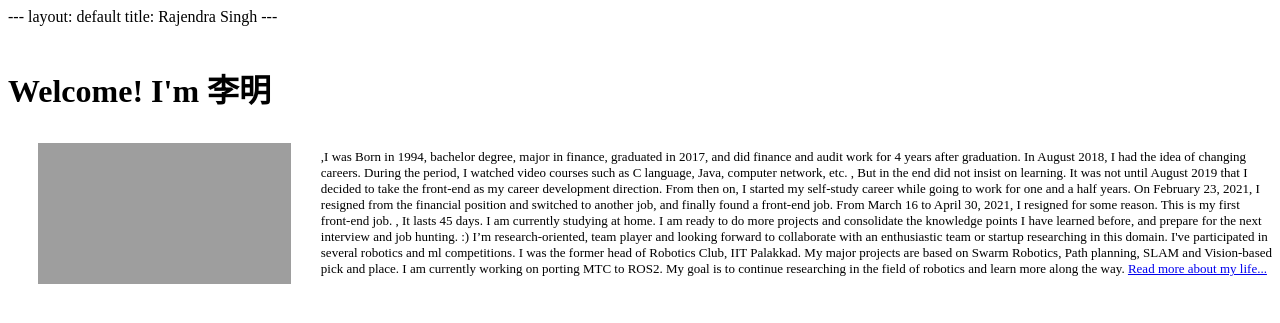
Repository: lm101845/lm101845.github.io
Page: index.html
An editor plug-in stored every save of this project. The page is shown before and after the next save, followed by the edit.
The browser window is 1280 px wide. The pictures show the whole page.
Pictures or frames that could not be fetched are drawn as grey boxes.

Above is the page before, as saved 2021-08-07 16:22:13.

### index.html
<!--
 * @Author: liming
 * @Date: 2021-08-07 15:46:06
 * @LastEditTime: 2021-08-07 16:22:13
 * @FilePath: \lm101845.github.io\index.html
-->
---
layout: default
title: Rajendra Singh
---
<div class="blurb">
	<br/>
	<h1> Welcome!  I'm 李明</h1>
<!-- 	height="230" width="185" -->
	<font size="2.5"><p><img src="images/Profile_round_faceapp.png" style='height: 20%; width: 20%' align="left" border="0" HSPACE="30" VSPACE="10" />
		<br/>,I was Born in 1994, bachelor degree, major in finance, graduated in 2017, and did finance and audit work for 4 years after graduation.

In August 2018, I had the idea of changing careers. During the period, I watched video courses such as C language, Java, computer network, etc. , But in the end did not insist on learning.

It was not until August 2019 that I decided to take the front-end as my career development direction. From then on, I started my self-study career while going to work for one and a half years.

On February 23, 2021, I resigned from the financial position and switched to another job, and finally found a front-end job. From March 16 to April 30, 2021, I resigned for some reason. This is my first front-end job. , It lasts 45 days.

I am currently studying at home. I am ready to do more projects and consolidate the knowledge points I have learned before, and prepare for the next interview and job hunting. :)
<!-- 		I'm passionate about vision-based robotics. -->
		I’m research-oriented, team player and looking forward to collaborate with an enthusiastic team or startup researching in this domain.
		I've participated in several robotics and ml competitions. I was the former head of Robotics Club, IIT Palakkad.
		My major projects are based on Swarm Robotics, Path planning, SLAM and Vision-based pick and place.
		I am currently working on porting MTC to ROS2. My goal is to continue researching in the field of robotics and learn more along the way.
		<a href="/about">Read more about my life...</a></p>
	</font>
	<br/><br/><br/><br/><br/><br/><br/><br/><br/><br/><br/><br/>

<!-- 	<br/><br/> -->
<!-- 	<p><img src="images/rajendraFullPic2.jpg" height="30%" width="30%" align="left" border="1" HSPACE="30" VSPACE="10" /><br/>I'm an undergraduate student at <em>CSE, IIT Palakkad.</em> I'm passionate about vision-based robotics. I've participated in several robotics and ML related competitions. I was the former head of Robotics Club, IIT Palakkad. My major projects are based on the swarm, slam and vision-based pick and place. I am currently working on mobile manipulators based on ROS. My goal is to lead a robotics research lab and learn more about the field along the way. <a href="/about">Read more about my life...</a></p> -->
<!-- 	<br/><br/><br/><br/><br/><br/><br/><br/><br/><br/><br/><br/><br/><br/> -->


<!-- 	<h2 align="right">What others say about me on LinkedIn</h2>
	<img src="images/recommendation.png" style='height: 70%; width: 70%' align="right" border="0" HSPACE="0" VSPACE="10" />
	<br/><br/><br/><br/><br/><br/><br/><br/><br/><br/><br/><br/><br/><br/><br/><br/><br/><br/><br/><br/><br/><br/><br/><br/><br/><br/><br/><br/><br/><br/> -->
</div><!-- /.blurb -->

After the next save:
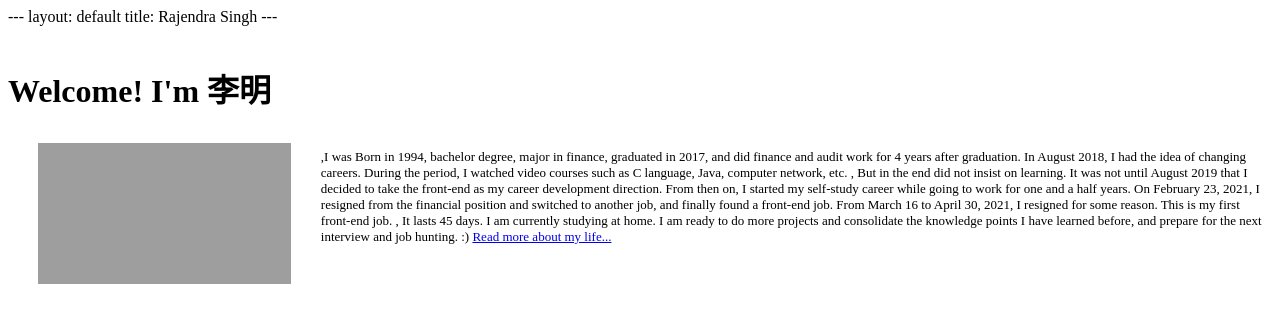
Saved 49 s later.
--- a/index.html
+++ b/index.html
@@ -1,7 +1,7 @@
 <!--
  * @Author: liming
  * @Date: 2021-08-07 15:46:06
- * @LastEditTime: 2021-08-07 16:22:13
+ * @LastEditTime: 2021-08-07 16:23:02
  * @FilePath: \lm101845.github.io\index.html
 -->
 ---
@@ -19,14 +19,10 @@ In August 2018, I had the idea of changing careers. During the period, I watched
 
 It was not until August 2019 that I decided to take the front-end as my career development direction. From then on, I started my self-study career while going to work for one and a half years.
 
-On February 23, 2021, I resigned from the financial position and switched to another job, and finally found a front-end job. From March 16 to April 30, 2021, I resigned for some reason. This is my first front-end job. , It lasts 45 days.
+<!-- 		I'm passionate about vision-based robotics. -->
+		On February 23, 2021, I resigned from the financial position and switched to another job, and finally found a front-end job. From March 16 to April 30, 2021, I resigned for some reason. This is my first front-end job. , It lasts 45 days.
 
 I am currently studying at home. I am ready to do more projects and consolidate the knowledge points I have learned before, and prepare for the next interview and job hunting. :)
-<!-- 		I'm passionate about vision-based robotics. -->
-		I’m research-oriented, team player and looking forward to collaborate with an enthusiastic team or startup researching in this domain.
-		I've participated in several robotics and ml competitions. I was the former head of Robotics Club, IIT Palakkad.
-		My major projects are based on Swarm Robotics, Path planning, SLAM and Vision-based pick and place.
-		I am currently working on porting MTC to ROS2. My goal is to continue researching in the field of robotics and learn more along the way.
 		<a href="/about">Read more about my life...</a></p>
 	</font>
 	<br/><br/><br/><br/><br/><br/><br/><br/><br/><br/><br/><br/>
